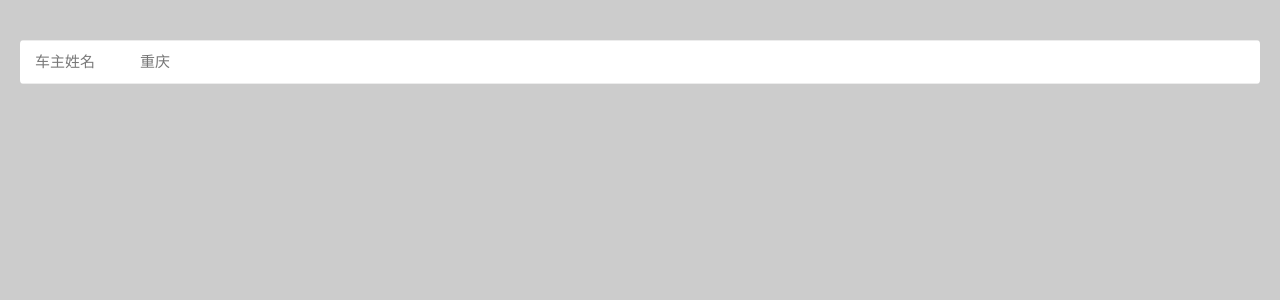
Repository: family-car/car
Page: vehicleEntry.html
The author's editor kept a copy of each file at every save. The page is drawn from the files as they stood at one save, then again after the next save.
The browser window is 1280 px wide. The pictures show the whole page.

Above is the page before, as saved 2020-05-11 21:12:32.

After the next save:
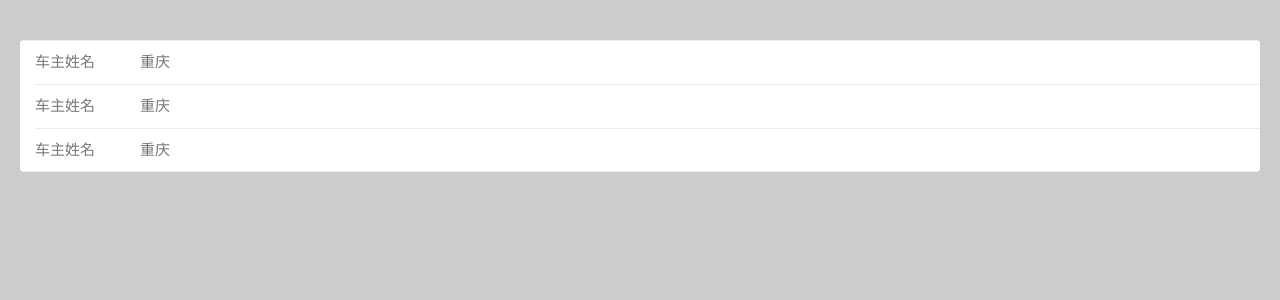
Saved 14 s later.
--- a/vehicleEntry.html
+++ b/vehicleEntry.html
@@ -29,6 +29,18 @@
               <input class="weui-input" type="readonly" placeholder="重庆">
             </div>
         </div>
+        <div class="weui-cell">
+            <div class="weui-cell__hd"><label class="weui-label">车主姓名</label></div>
+            <div class="weui-cell__bd">
+              <input class="weui-input" type="readonly" placeholder="重庆">
+            </div>
+        </div>
+        <div class="weui-cell">
+            <div class="weui-cell__hd"><label class="weui-label">车主姓名</label></div>
+            <div class="weui-cell__bd">
+              <input class="weui-input" type="readonly" placeholder="重庆">
+            </div>
+        </div>
     </div>
    </div>
 </div>
